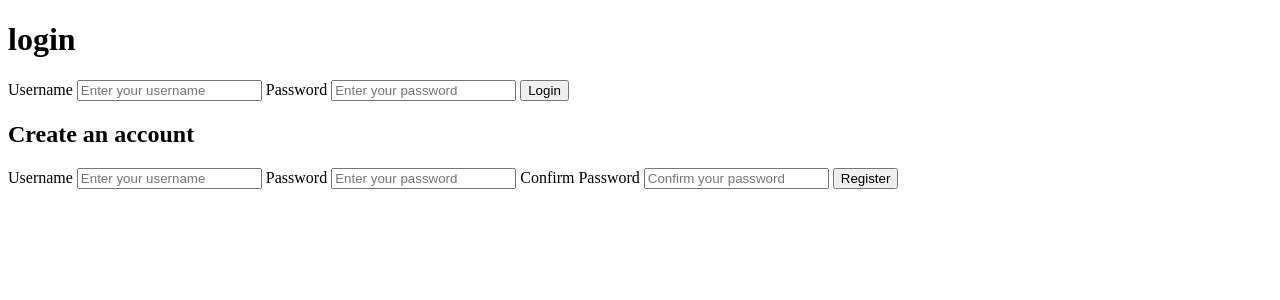
Repository: bao2222/hoc-lam-web
Page: welcome.html
These files come from the project's save history. The page is drawn as it stood at one moment and after the next save; the edit follows.
The browser window is 1280 px wide. The pictures show the whole page.

Above is the page before, as saved 2024-12-30 08:51:00.

After the next save:
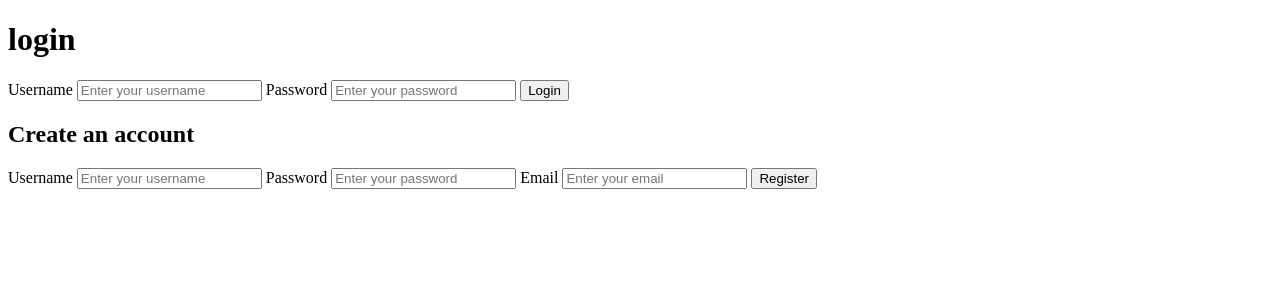
Saved 40 s later.
--- a/welcome.html
+++ b/welcome.html
@@ -40,8 +40,8 @@
                         <label for="register_password">Password</label>
                         <input type="password" id="register_password" placeholder="Enter your password" name="password" required>
 
-                        <label for="register_password2">Confirm Password</label>
-                        <input type="password" id="register_password2" placeholder="Confirm your password" name="password" required>
+                        <label for="register_email">Email</label>
+                        <input type="email" id="register_email" placeholder="Enter your email" name="email" required>
 
                         <button type="submit">Register</button>
 
